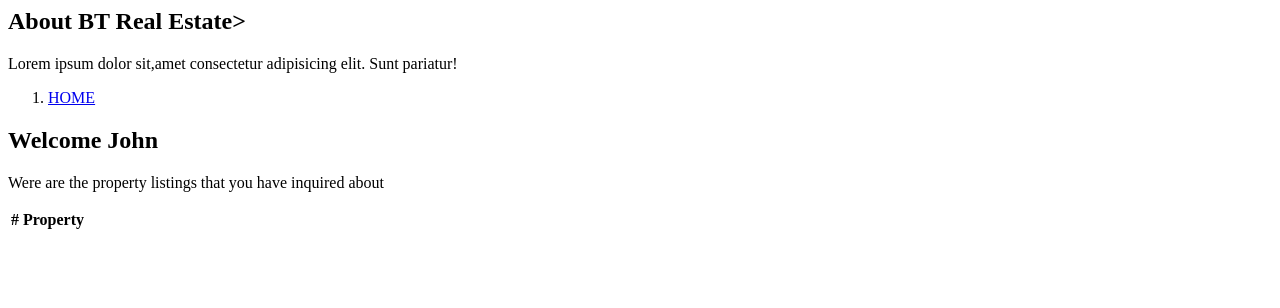
Repository: florin7755/BTRE_PROJECT
Page: http://localhost/accounts/dashboard
These files come from the project's save history. The page is drawn as it stood at one moment and after the next save; the edit follows.
The browser window is 1280 px wide. The pictures show the whole page.
The page is served by the project's application, run on Django 4.2 (manage.py). Other server files are loaded and not shown.

Above is the page before, as saved 2023-06-27 21:01:00.

### templates/accounts/dashboard.html


<section id='showcase-inner' class='py-5 text-white'>
        <div class='container'>
            <div class='row text-center'>
                <div class='col-md-12'>
                    <h1 class='display-4'>About BT Real Estate></h1>
                    <p class='lead'>Lorem ipsum dolor sit,amet consectetur adipisicing elit.
                    Sunt pariatur!
                    </p>
                </div>
            </div>
        </div>
<section>

<!-- Breadcrumb-->
    <section id='bc' class='mt-3'>
        <div class='container'>
            <nav aria-label='breadcrumb'>
                <ol class='breadcrumb'>
                    <li class='breadcrumb-item'>
                        <a href='index.html'>
                            <i class='fas fa-home'></i>HOME
                        </a>
                    </li>
                </ol>
            </nav>
        </div>
    </section>


    <section id='dashboard' class='py-4'>
        <div class='container'>
            <div class='row>'>
                <div class='col-md-12'>
                    <h2>Welcome John</h2>
                    <p>Were are the property listings that you have inquired about</p>
                    <table class='table'>
                        <thead>
                            <tr>
                                <th scope='col'>#</th>
                                <th scope='col'>Property</th>
                                <th></th>
                            </tr>
                        </thead>
                        <tbody>
                            <tr>

### accounts/views.py
from django.shortcuts import render, redirect
from django.contrib import messages ,auth
from django.contrib.auth.models import User

def register(request):
    if request.method == 'POST':
        # Get form values
        first_name = request.POST['first_name']
        last_name = request.POST['last_name']
        username = request.POST['username']
        email = request.POST['email']
        password = request.POST['password']
        password2 = request.POST['password2']

        # Check if passwords match
        if password == password2:
            #  Check username
            if User.objects.filter(username=username).exists():
                messages.error(request, 'That username is taken')
                return redirect('register')
            else:
                if User.objects.filter(email=email).exists():
                    messages.error(request, 'That email is being used')
                    return redirect('register')
                else:
                    # Looks good
                    user = User.objects.create_user(username=username ,password=password, email=email,
                                                    first_name=first_name, last_name=last_name)
                    # Login after register
                    # auth.login(request, user)
                    # messages.success(request, 'You are now logged in')
                    # return redirect('index')
                    user.save()
                    messages.success(request, 'You are now registered and can log in')
                    return redirect('login')
        else:
            messages.error(request, 'Passwords do not march')
            return redirect('register')
    else:
        return render(request, 'accounts/register.html')


def login(request):
    if request.method == 'POST':
        # Login User
        username = request.POST['username']
        password = request.POST['password']

        user = auth.authenticate(username=username, password=password)

        if user is not None:
            auth.login(request, user)
            messages.success(request, 'You are now logged in')
            return redirect('dashboard')
        else:
            messages.error(request, 'Invalid credentials')
            return redirect('login')
    else:
        return render(request, 'accounts/login.html')


def logout(request):
    return redirect('index')

def dashboard(request):
    return render(request, 'accounts/dashboard.html')

### btre/urls.py
"""
URL configuration for btre project.

The `urlpatterns` list routes URLs to views. For more information please see:
    https://docs.djangoproject.com/en/4.2/topics/http/urls/
Examples:
Function views
    1. Add an import:  from my_app import views
    2. Add a URL to urlpatterns:  path('', views.home, name='home')
Class-based views
    1. Add an import:  from other_app.views import Home
    2. Add a URL to urlpatterns:  path('', Home.as_view(), name='home')
Including another URLconf
    1. Import the include() function: from django.urls import include, path
    2. Add a URL to urlpatterns:  path('blog/', include('blog.urls'))
"""
from django.contrib import admin
from django.urls import path, include
from django.conf import settings
from django.conf.urls.static import static

urlpatterns = [
    path('', include('pages.urls')),
    path('listings/', include('listings.urls')),
    path('accounts/', include('accounts.urls')),
    path('admin/', admin.site.urls),
] + static(settings.MEDIA_URL, document_root=settings.MEDIA_ROOT)

Loaded but not shown: pages/urls.py (common file); listings/urls.py (common file); accounts/urls.py (common file)

After the next save:
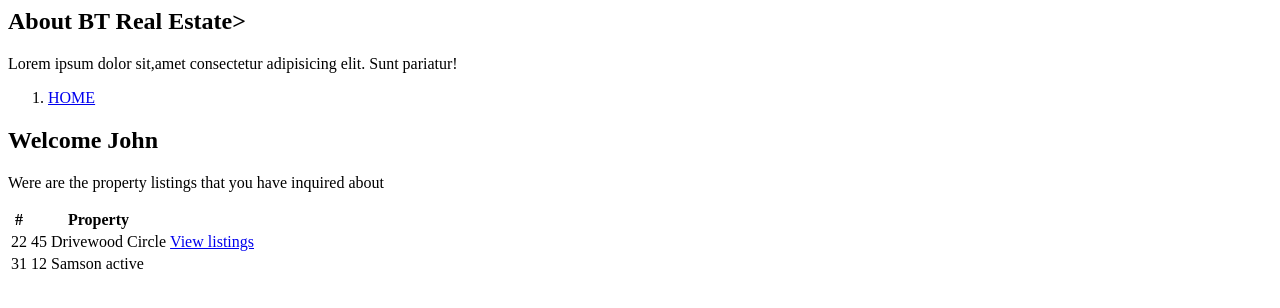
Saved 4 min 16 s later.
--- a/templates/accounts/dashboard.html
+++ b/templates/accounts/dashboard.html
@@ -45,3 +45,14 @@
                         </thead>
                         <tbody>
                             <tr>
+                                <td>22</td>
+                                <td>45 Drivewood Circle</td>
+                                <td>
+                                    <a class='btn btn-light' href='#'>View listings
+                                    </a>
+                                </td>
+                            </tr>
+                            <tr>
+                                <td>31</td>
+                                <td>12 Samson active
+                                </td>
